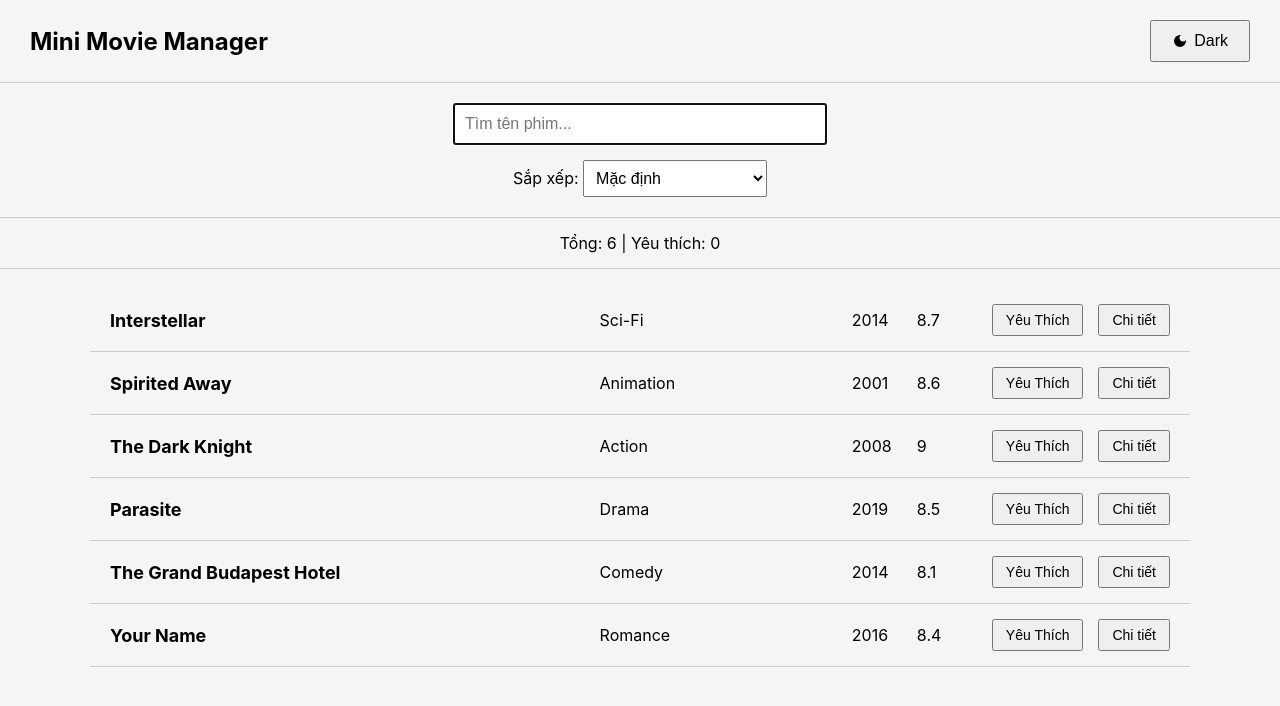
Repository: duyndhe195099/fer202_lab2
Page: /
The author's editor kept a copy of each file at every save. The page is drawn from the files as they stood at one save, then again after the next save.
The browser window is 1280 px wide. The pictures show the whole page.
The project was rebuilt for these pictures with package versions that can differ from the ones it lists, and the page was loaded fresh each time. Also part of the build but not shown: src/components/MovieDetail.js.

Above is the page before, as saved 2026-10-02 11:24:27.

### src/index.js
import React from "react";
import ReactDOM from "react-dom/client";
import "./index.css";
import App from "./App";
import { ThemeProvider } from "./context/ThemeContext";

const root = ReactDOM.createRoot(document.getElementById("root"));
root.render(
  <React.StrictMode>
    <ThemeProvider>
      <App />
    </ThemeProvider>
  </React.StrictMode>
);

### src/App.js
import { useCallback, useContext, useMemo, useState } from "react";

import Header from "./components/Header";
import SearchBar from "./components/SearchBar";
import GenreFilter from "./components/GenreFilter";
import MovieList from "./components/MovieList";
import MovieDetail from "./components/MovieDetail";

import { ThemeContext } from "./context/ThemeContext";
import useLocalStorage from "./hooks/useLocalStorage";
import { movies } from "./datas/movies";

function App() {

  const { darkMode } = useContext(ThemeContext);


  const [keyword, setKeyword] = useState("");
  const [genre, setGenre] = useState("All Genres");
  const [sortBy, setSortBy] = useState("default");
  const [selectedMovie, setSelectedMovie] = useState(null);


  const [favorites, setFavorites] = useLocalStorage("movie_favorites", []);


  const toggleFavorite = useCallback(
    (id) => {
      setFavorites((prev) =>
        prev.includes(id) ? prev.filter((f) => f !== id) : [...prev, id],
      );
    },
    [setFavorites],
  );


  const viewDetail = useCallback((movie) => {
    setSelectedMovie(movie);
  }, []);


  const filteredMovies = useMemo(() => {
    const kw = keyword.trim().toLowerCase();

    const result = movies.filter((movie) => {
      const matchGenre = genre === "All Genres" || movie.genre === genre;
      const matchTitle = movie.title.toLowerCase().includes(kw);
      return matchGenre && matchTitle;
    });

    if (sortBy === "desc") {
      result.sort((a, b) => b.rating - a.rating);
    } else if (sortBy === "asc") {
      result.sort((a, b) => a.rating - b.rating);
    }

    return result;
  }, [keyword, genre, sortBy]);

  return (
    <div
      style={{
        minHeight: "100vh",
        backgroundColor: darkMode ? "#222" : "#f5f5f5",
        color: darkMode ? "white" : "black",
      }}
    >
      <Header />

      <section style={{ padding: "20px", borderBottom: "1px solid #ccc" }}>
        <SearchBar keyword={keyword} setKeyword={setKeyword} />

        <div
          style={{
            display: "flex",
            justifyContent: "center",
            gap: "30px",
            marginTop: "15px",
          }}
        >
          <GenreFilter genre={genre} setGenre={setGenre} />

          <label style={{ fontSize: "16px" }}>
            Sắp xếp:{" "}
            <select
              value={sortBy}
              onChange={(e) => setSortBy(e.target.value)}
              style={{ padding: "8px", fontSize: "16px" }}
            >
              <option value="default">Mặc định</option>
              <option value="desc">Rating: Cao → Thấp</option>
              <option value="asc">Rating: Thấp → Cao</option>
            </select>
          </label>
        </div>
      </section>

      <p
        style={{
          textAlign: "center",
          margin: 0,
          padding: "15px",
          borderBottom: "1px solid #ccc",
        }}
      >
        Tổng: {filteredMovies.length} | Yêu thích: {favorites.length}
      </p>

      <div
        style={{
          display: "flex",
          alignItems: "flex-start",
          gap: "20px",
          maxWidth: "1100px",
          margin: "20px auto",
          padding: "0 20px",
        }}
      >
        <div style={{ flex: 1 }}>
          <MovieList
            movies={filteredMovies}
            favorites={favorites}
            toggleFavorite={toggleFavorite}
            viewDetail={viewDetail}
          />
        </div>

        {selectedMovie && (
          <MovieDetail
            movie={selectedMovie}
            onClose={() => setSelectedMovie(null)}
          />
        )}
      </div>
    </div>
  );
}

export default App;

### src/context/ThemeContext.js
import { createContext, useState } from "react";

export const ThemeContext = createContext();

export function ThemeProvider({ children }) {
  const [darkMode, setDarkMode] = useState(false);

  const toggleTheme = () => setDarkMode((prev) => !prev);

  return (
    <ThemeContext.Provider value={{ darkMode, toggleTheme }}>
      {children}
    </ThemeContext.Provider>
  );
}

### src/components/Header.js
import { useContext } from "react";
import { CiLight } from "react-icons/ci";
import { MdDarkMode } from "react-icons/md";
import { ThemeContext } from "../context/ThemeContext";

function Header() {
  const { darkMode, toggleTheme } = useContext(ThemeContext);

  return (
    <header
      style={{
        display: "flex",
        justifyContent: "space-between",
        alignItems: "center",
        padding: "20px 30px",
        borderBottom: "1px solid #ccc",
      }}
    >
      <h1 style={{ margin: 0, fontSize: "24px" }}>Mini Movie Manager</h1>

      <button
        onClick={toggleTheme}
        style={{
          display: "flex",
          alignItems: "center",
          gap: "6px",
          padding: "10px 20px",
          fontSize: "16px",
          cursor: "pointer",
        }}
      >
        {darkMode ? (
          <>
            <CiLight /> Light
          </>
        ) : (
          <>
            <MdDarkMode /> Dark
          </>
        )}
      </button>
    </header>
  );
}

export default Header;

### src/components/SearchBar.js
import { useEffect, useRef } from "react";

function SearchBar({ keyword, setKeyword }) {
  const inputRef = useRef(null);


  useEffect(() => {
    inputRef.current.focus();
  }, []);

  const handleClear = () => {
    setKeyword("");
    inputRef.current.focus();
  };

  return (
    <div style={{ display: "flex", justifyContent: "center", gap: "10px" }}>


      <input
        ref={inputRef}
        type="text"
        value={keyword}
        placeholder="Tìm tên phim..."
        onChange={(e) => setKeyword(e.target.value)}
        style={{ width: "350px", padding: "10px", fontSize: "16px" }}
      />


    </div>
  );
}

export default SearchBar;

### src/components/GenreFilter.js
const genres = [
  "All Genres",
  "Action",
  "Animation",
  "Comedy",
  "Drama",
  "Romance",
  "Sci-Fi",
];

function GenreFilter({ genre, setGenre }) {

}

export default GenreFilter;

### src/components/MovieList.js
import MovieItem from "./MovieItem";

function MovieList({ movies, favorites, toggleFavorite, viewDetail }) {
  if (movies.length === 0) {
    return (
      <p style={{ textAlign: "center", padding: "30px" }}>Không tìm thấy phim.</p>
    );
  }

  return (
    <section>
      {movies.map((movie) => (
        <MovieItem
          key={movie.id}
          movie={movie}
          isFavorite={favorites.includes(movie.id)}
          toggleFavorite={toggleFavorite}
          viewDetail={viewDetail}
        />
      ))}
    </section>
  );
}

export default MovieList;

### src/hooks/useLocalStorage.js
import { useEffect, useState } from "react";

function useLocalStorage(key, initialValue) {
  const [value, setValue] = useState(initialValue);
  const [loaded, setLoaded] = useState(false);

  // Load dữ liệu khi app khởi động
  useEffect(() => {
    const saved = localStorage.getItem(key);

    if (saved) {
      setValue(JSON.parse(saved));
    }

    setLoaded(true);
  }, [key]);

  // Lưu dữ liệu mỗi khi value thay đổi
  useEffect(() => {
    if (loaded) {
      localStorage.setItem(key, JSON.stringify(value));
    }
  }, [key, value, loaded]);

  return [value, setValue];
}

export default useLocalStorage;

### src/datas/movies.js
export const movies = [
    {
        id: 1,
        title: "Interstellar",
        genre: "Sci-Fi",
        year: 2014,
        rating: 8.7,
        director: "Christopher Nolan",
        duration: 169,
        description:
            "A group of astronauts travels through space to search for a new home for humanity."
    },
    {
        id: 2,
        title: "Spirited Away",
        genre: "Animation",
        year: 2001,
        rating: 8.6,
        director: "Hayao Miyazaki",
        duration: 125,
        description:
            "A young girl enters a mysterious world and tries to save her parents."
    },
    {
        id: 3,
        title: "The Dark Knight",
        genre: "Action",
        year: 2008,
        rating: 9.0,
        director: "Christopher Nolan",
        duration: 152,
        description:
            "Batman faces a dangerous criminal who creates chaos in Gotham City."
    },
    {
        id: 4,
        title: "Parasite",
        genre: "Drama",
        year: 2019,
        rating: 8.5,
        director: "Bong Joon-ho",
        duration: 132,
        description:
            "A poor family gradually becomes involved in the life of a wealthy family."
    },
    {
        id: 5,
        title: "The Grand Budapest Hotel",
        genre: "Comedy",
        year: 2014,
        rating: 8.1,
        director: "Wes Anderson",
        duration: 100,
        description:
            "A series of unusual events takes place at a famous European hotel."
    },
    {
        id: 6,
        title: "Your Name",
        genre: "Romance",
        year: 2016,
        rating: 8.4,
        director: "Makoto Shinkai",
        duration: 106,
        description:
            "Two young people mysteriously experience each other's lives."
    }
];

### src/components/MovieItem.js
import { memo } from "react";
import { CiStar } from "react-icons/ci";
import { FaStar } from "react-icons/fa";

function MovieItem({ movie, isFavorite, toggleFavorite, viewDetail }) {
  const buttonStyle = {
    display: "flex",
    alignItems: "center",
    gap: "5px",
    padding: "6px 12px",
    fontSize: "14px",
    cursor: "pointer",
  };

  return (
    <div
      style={{
        display: "flex",
        alignItems: "center",
        gap: "15px",
        padding: "15px 20px",
        borderBottom: "1px solid #ccc",
      }}
    >
      <span style={{ flex: 2, fontSize: "18px", fontWeight: "bold" }}>
        {movie.title}
      </span>

      <span style={{ flex: 1 }}>{movie.genre}</span>

      <span style={{ width: "50px" }}>{movie.year}</span>

      <span style={{ width: "60px" }}> {movie.rating}</span>

      <button onClick={() => toggleFavorite(movie.id)} style={buttonStyle}>
        {isFavorite ? (
          <>
             Bỏ thích
          </>
        ) : (
          <>
            Yêu Thích
          </>
        )}
      </button>

      <button onClick={() => viewDetail(movie)} style={buttonStyle}>
       Chi tiết
      </button>
    </div>
  );
}

export default memo(MovieItem);

Loaded but not shown: public/index.html (common file); src/index.css (common file)

After the next save:
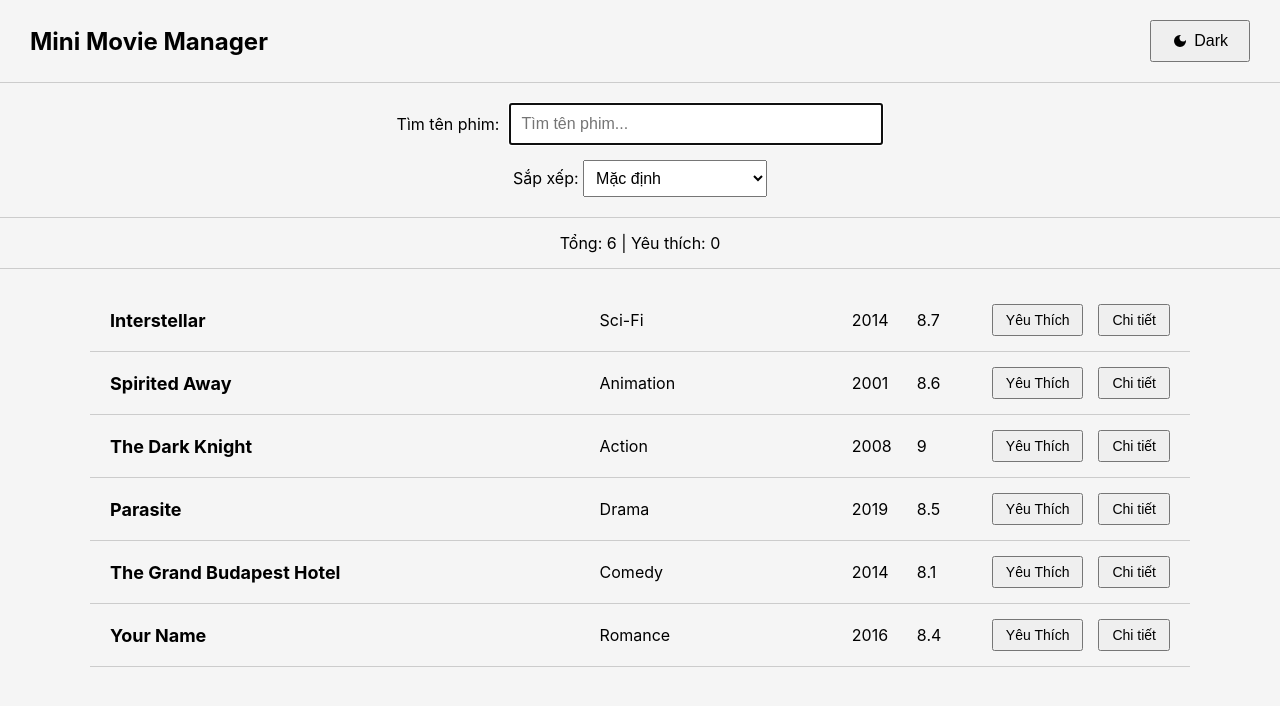
Saved 43 s later.
--- a/src/components/SearchBar.js
+++ b/src/components/SearchBar.js
@@ -15,7 +15,9 @@
 
   return (
     <div style={{ display: "flex", justifyContent: "center", gap: "10px" }}>
-
+      <label style={{ alignSelf: "center", fontSize: "16px" }}>
+        Tìm tên phim:
+      </label>
 
       <input
         ref={inputRef}

After the save that followed:
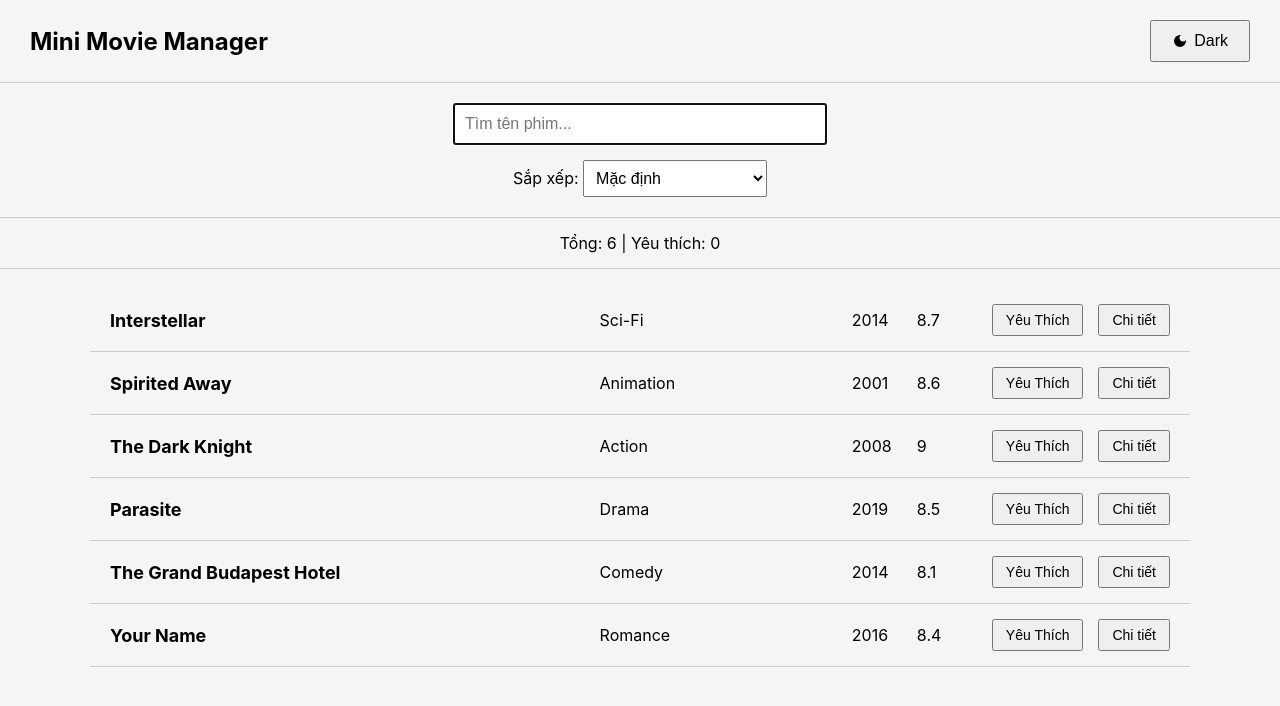
Saved 3 min 38 s later.
--- a/src/components/SearchBar.js
+++ b/src/components/SearchBar.js
@@ -3,7 +3,7 @@
 function SearchBar({ keyword, setKeyword }) {
   const inputRef = useRef(null);
 
-
+  // Tự động focus khi mở trang
   useEffect(() => {
     inputRef.current.focus();
   }, []);
@@ -15,9 +15,7 @@
 
   return (
     <div style={{ display: "flex", justifyContent: "center", gap: "10px" }}>
-      <label style={{ alignSelf: "center", fontSize: "16px" }}>
-        Tìm tên phim:
-      </label>
+
 
       <input
         ref={inputRef}
